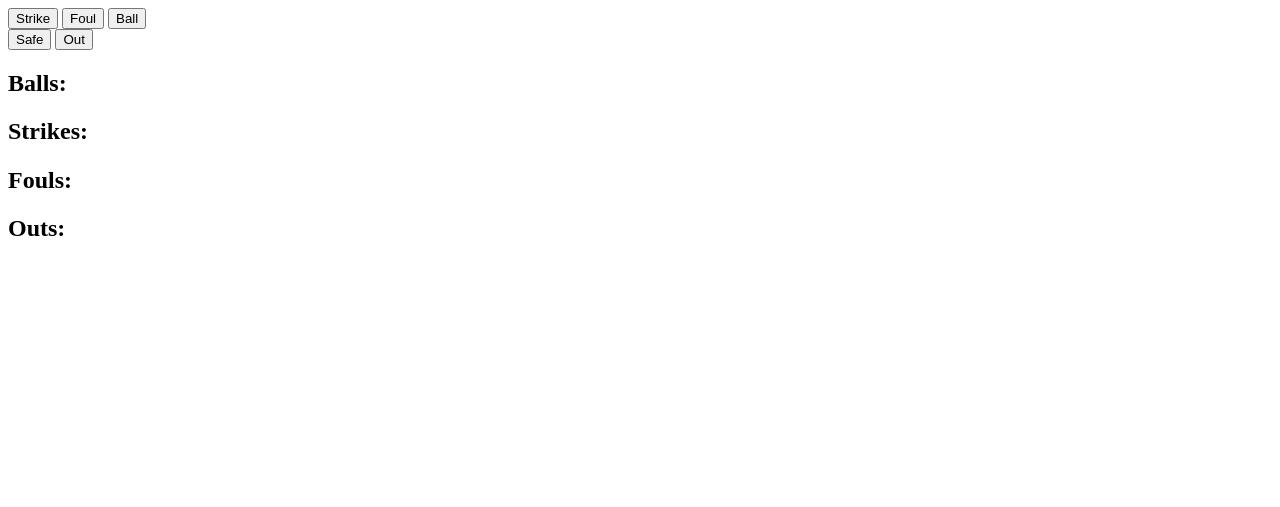
Repository: ohall/kickball_complete
Page: Ref_App/assets/www/index.html
An editor plug-in stored every save of this project. The page is shown before and after the next save, followed by the edit.
The browser window is 1280 px wide. The pictures show the whole page.
After loading, the first visible `#strikeButton` was clicked once.

Above is the page before, as saved 2011-11-10 22:39:30.

After the next save:
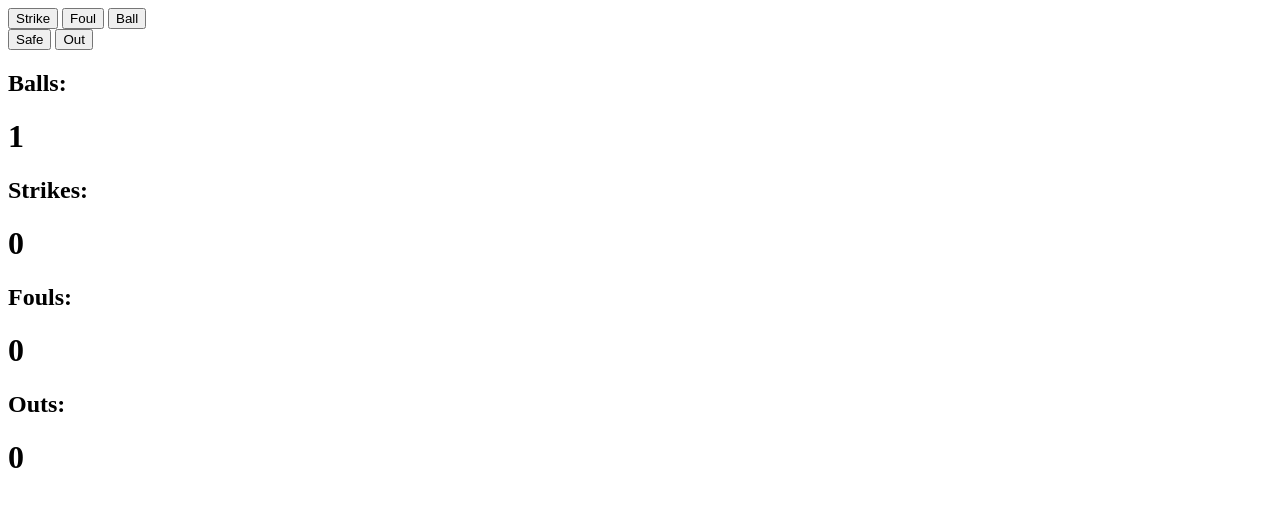
Saved 48 s later.
--- a/Ref_App/assets/www/ref_app.js
+++ b/Ref_App/assets/www/ref_app.js
@@ -25,17 +25,20 @@ function init(){
 }
 
 function strikeButtonClick() {
-	alert("STRIKE");
 	balls++;
+	setCountDisplay();
 }
 function foulButtonClick() {
 	fouls++;
+	setCountDisplay();
 }
 function ballButtonClick() {
 	balls++;
+	setCountDisplay();
 }
 function runnerSafeButtonClick() {
 	resetCount();
+	setCountDisplay();
 }
 function runnerOutButtonClick() {
 	outs++;
@@ -57,6 +60,7 @@ function resetCount() {
 	balls = 0;
 	strikes = 0;
 	fouls = 0;
+	setCountDisplay();
 }
 
 function newInningCount() {
